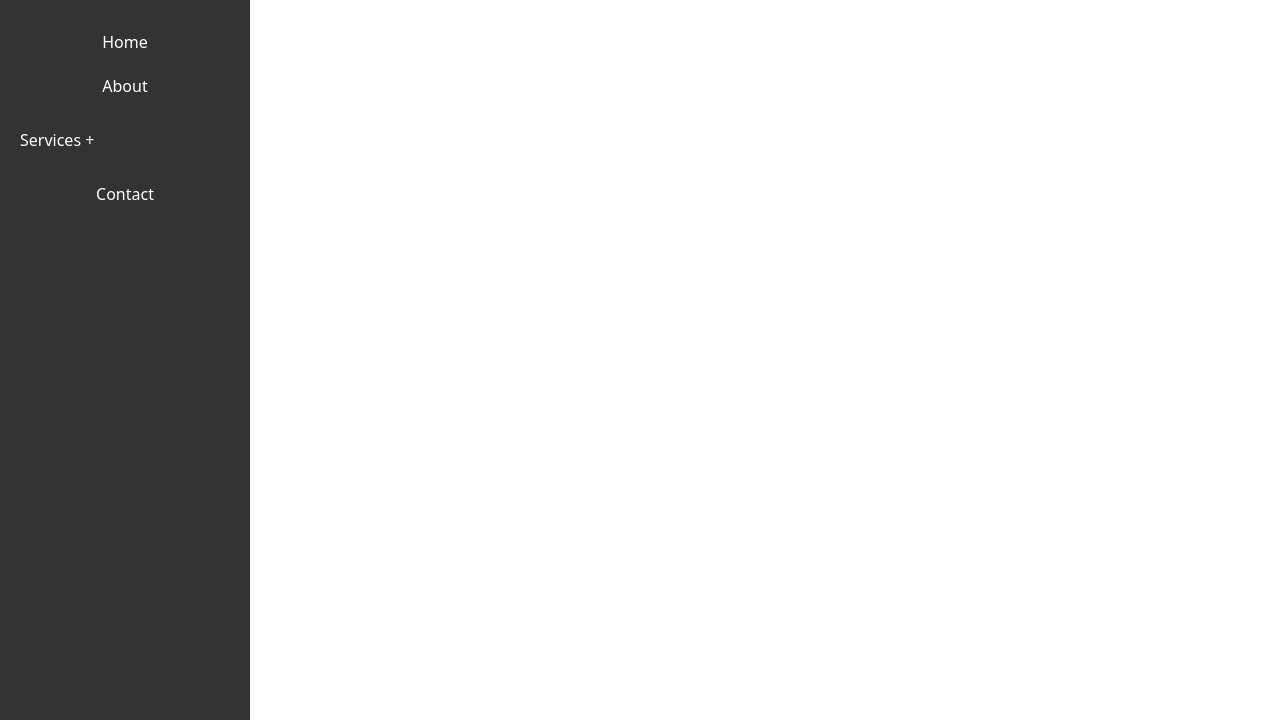
Repository: siva11021992/cvamyapp
Page: /
These files come from the project's save history. The page is drawn as it stood at one moment and after the next save; the edit follows.
The browser window is 1280 px wide. The pictures show the whole page.
The project was rebuilt for these pictures with package versions that can differ from the ones it lists, and the page was loaded fresh each time. Also part of the build but not shown: src/App.css, src/ChartComponent.js, src/Layout.css, src/LayoutExe.js, src/FlexLayout.css, src/FlexLayout.js, src/GridLayout.css, src/GridLayout.js and 2 more.

Above is the page before, as saved 2024-09-27 18:22:06.

### src/App.js
import React from 'react';
import ChartComponent from './ChartComponent';
import LayoutExe from './LayoutExe';
import FlexLayout from './FlexLayout';
import GridLayout from './GridLayout';
import YupApi from './YupApi';
import CrudComponent from './CrudComponent';
import Sidebar from './SideBar';

function App() {
  return (
    <div className="App">
      <h1>Hello World</h1>
      {/* <ChartComponent width="600px" height="400px"/>
      <LayoutExe/>
      <FlexLayout />
      <GridLayout/>
      <YupApi/>
     <CrudComponent/> */}
     <Sidebar/>

    </div>
  );
}

export default App;

### src/SideBar.js
import React, { useState } from 'react';
import './SideBar.css'; // Ensure CSS is updated accordingly

const Sidebar = () => {
  const [isOpen, setIsOpen] = useState(true);  // Toggle sidebar
  const [isServicesOpen, setIsServicesOpen] = useState(false);  // Toggle submenu for services

  const toggleSidebar = () => {
    setIsOpen(!isOpen);
  };

  const toggleServices = () => {
    setIsServicesOpen(!isServicesOpen);
  };

  return (
    <div className={`sidebar ${isOpen ? 'open' : 'closed'}`}>

      <nav className="sidebar-nav">
        <ul>
          <li><a href="#home">Home</a></li>
          <li><a href="#about">About</a></li>
          <li>
            <button className="submenu-btn" onClick={toggleServices}>
              Services {isServicesOpen ? '-' : '+'}
            </button>
            {isServicesOpen && (
              <ul className="submenu">
                <li><a href="#web-dev">Web Development</a></li>
                <li><a href="#mobile-dev">Mobile Development</a></li>
                <li><a href="#seo">SEO Optimization</a></li>
              </ul>
            )}
          </li>
          <li><a href="#contact">Contact</a></li>
        </ul>
      </nav>
    </div>
  );
};

export default Sidebar;

### src/SideBar.css
/* Container for the sidebar */
.sidebar {
    position: fixed;
    top: 0;
    left: 0;
    width: 250px;
    height: 100%;
    background-color: #333;
    padding-top: 20px;
    transition: width 0.3s ease;
  }

  /* Closed state */
  .sidebar.closed {
    width: 60px;
  }

  /* Navigation links */
  .sidebar-nav ul {
    list-style: none;
    padding: 0;
  }

  .sidebar-nav ul li {
    padding: 10px;
    text-align: center;
  }

  .sidebar-nav ul li a {
    text-decoration: none;
    color: white;
    display: block;
  }

  /* Toggle button */
  .toggle-btn {
    position: absolute;
    top: 10px;
    right: -40px;
    background-color: #333;
    color: white;
    border: none;
    cursor: pointer;
    padding: 10px;
    transition: right 0.3s ease;
  }

  /* Adjust button position when sidebar is closed */
  .sidebar.closed .toggle-btn {
    right: -60px;
  }

  /* Add hover effect for links */
  .sidebar-nav ul li a:hover {
    background-color: #575757;
  }


  /* Submenu styles */
.submenu {
    list-style: none;
    padding-left: 20px; /* Indentation for subtopics */
  }

  .submenu li {
    padding: 5px 0;
  }

  /* Button to expand/collapse submenu */
  .submenu-btn {
    background: none;
    color: white;
    border: none;
    cursor: pointer;
    font-size: 16px;
    text-align: left;
    padding: 10px;
    width: 100%;
    outline: none;
  }

  .submenu-btn:hover {
    background-color: #575757;
  }

Loaded but not shown: public/index.html (common file); src/index.js (common file); src/index.css (common file); src/reportWebVitals.js (common file)

After the next save:
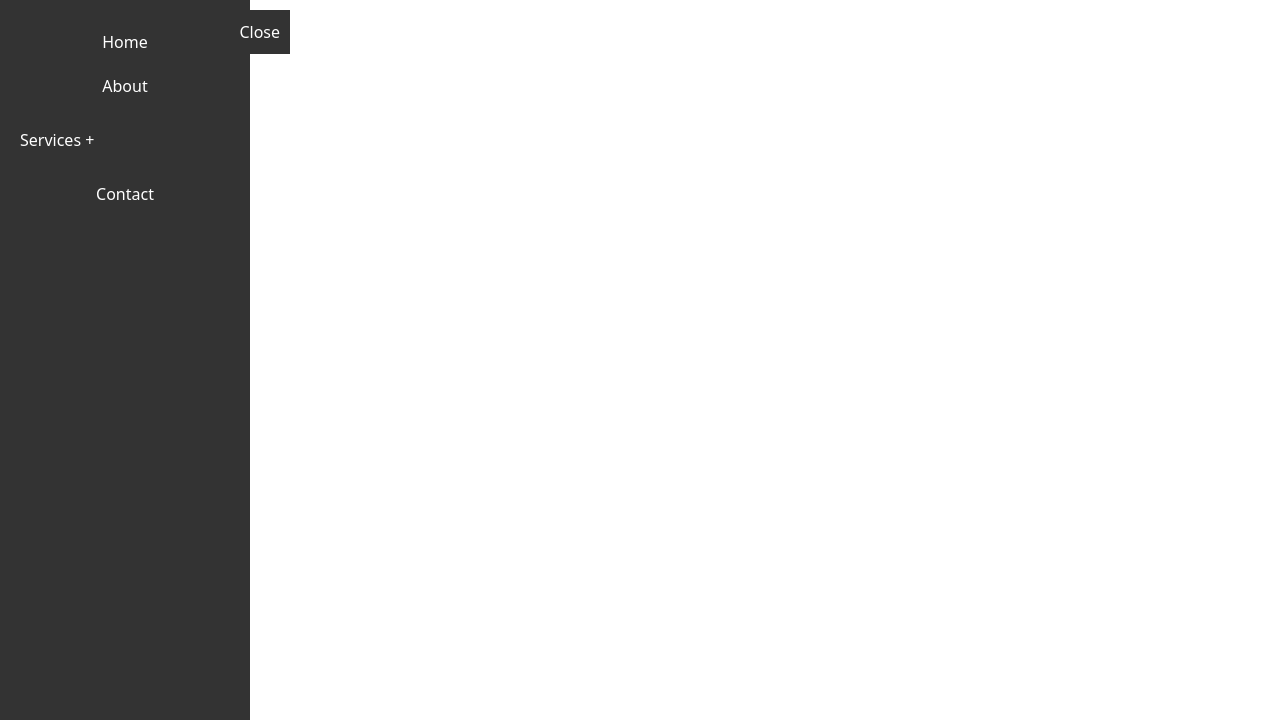
Saved 3 days later.
--- a/src/SideBar.js
+++ b/src/SideBar.js
@@ -15,7 +15,9 @@ const Sidebar = () => {
 
   return (
     <div className={`sidebar ${isOpen ? 'open' : 'closed'}`}>
-
+      <button className="toggle-btn" onClick={toggleSidebar}>
+        {isOpen ? 'Close' : 'Open'}
+      </button>
       <nav className="sidebar-nav">
         <ul>
           <li><a href="#home">Home</a></li>
